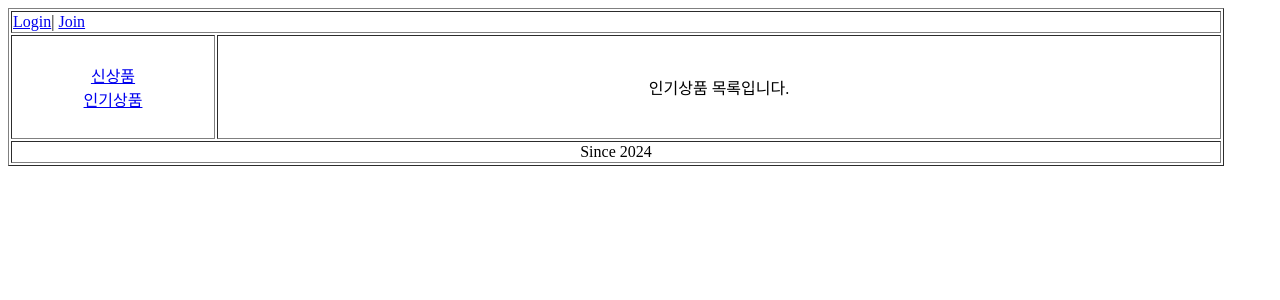
Repository: BancaKim/teamproject4
Page: http://localhost/JspDay3/Template/template.jsp
These files come from the project's save history. The page is drawn as it stood at one moment and after the next save; the edit follows.
The browser window is 1280 px wide. The pictures show the whole page.
The page is served by Tomcat 9.

Above is the page before, as saved 2024-05-02 03:36:57.

### JspDay3/src/main/webapp/Template/template.jsp
<%@ page language="java" contentType="text/html; charset=EUC-KR"
    pageEncoding="EUC-KR"%>
<!DOCTYPE html>
<html>
<head>
<meta charset="EUC-KR">
<title>Insert title here</title>
</head>
<body>

<table border='1'>
<tr>
<td colspan="2"><%@ include file="top.jsp" %>
</td></tr>
<tr>
<td width="200px"><%@ include file="left.jsp" %></td>
<td width="1000px" height="100px">
<center>
인기상품 목록입니다.
</center>
</td>
</tr>
<tr>
<td colspan="2"><%@ include file="bottom.jsp" %></td>
</tr>
</table>
</body>
</html>

### JspDay3/src/main/webapp/Template/top.jsp
<%@ page language="java" contentType="text/html; charset=EUC-KR"
    pageEncoding="EUC-KR"%>
<!DOCTYPE html>
<html>
<head>
<meta charset="EUC-KR">
<title>Insert title here</title>
</head>
<body>
<a href="#">Login</a>|
<a href="#">Join</a>
</body>
</html>

### JspDay3/src/main/webapp/Template/left.jsp
<%@ page language="java" contentType="text/html; charset=EUC-KR"
    pageEncoding="EUC-KR"%>
<!DOCTYPE html>
<html>
<head>
<meta charset="EUC-KR">
<title>Insert title here</title>
</head>
<body>
<center>
	<div><a href="?page=newitem">신상품</div>
	<div><a href="?page=bestitem">인기상품</div>
</center>
</body>
</html>

### JspDay3/src/main/webapp/Template/bottom.jsp
<%@ page language="java" contentType="text/html; charset=EUC-KR"
    pageEncoding="EUC-KR"%>
<!DOCTYPE html>
<html>
<head>
<meta charset="EUC-KR">
<title>Insert title here</title>
</head>
<body>
<center>
Since 2024
</center>
</body>
</html>

After the next save:
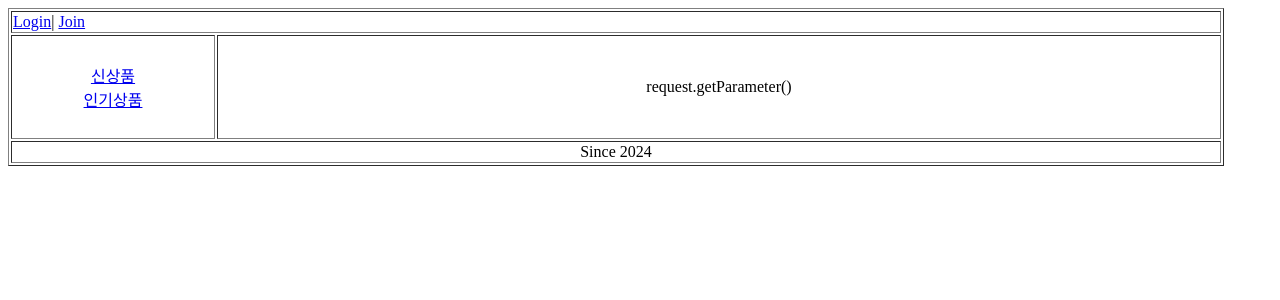
Saved 117 s later.
--- a/JspDay3/src/main/webapp/Template/template.jsp
+++ b/JspDay3/src/main/webapp/Template/template.jsp
@@ -7,7 +7,13 @@
 <title>Insert title here</title>
 </head>
 <body>
+    <%
+        String select = request.getParameter("pageChange");
 
+        if (select == null) {
+            select = "bestitem.jsp";
+        }
+    %>
 <table border='1'>
 <tr>
 <td colspan="2"><%@ include file="top.jsp" %>
@@ -16,7 +22,9 @@
 <td width="200px"><%@ include file="left.jsp" %></td>
 <td width="1000px" height="100px">
 <center>
-인기상품 목록입니다.
+
+request.getParameter()
+
 </center>
 </td>
 </tr>
